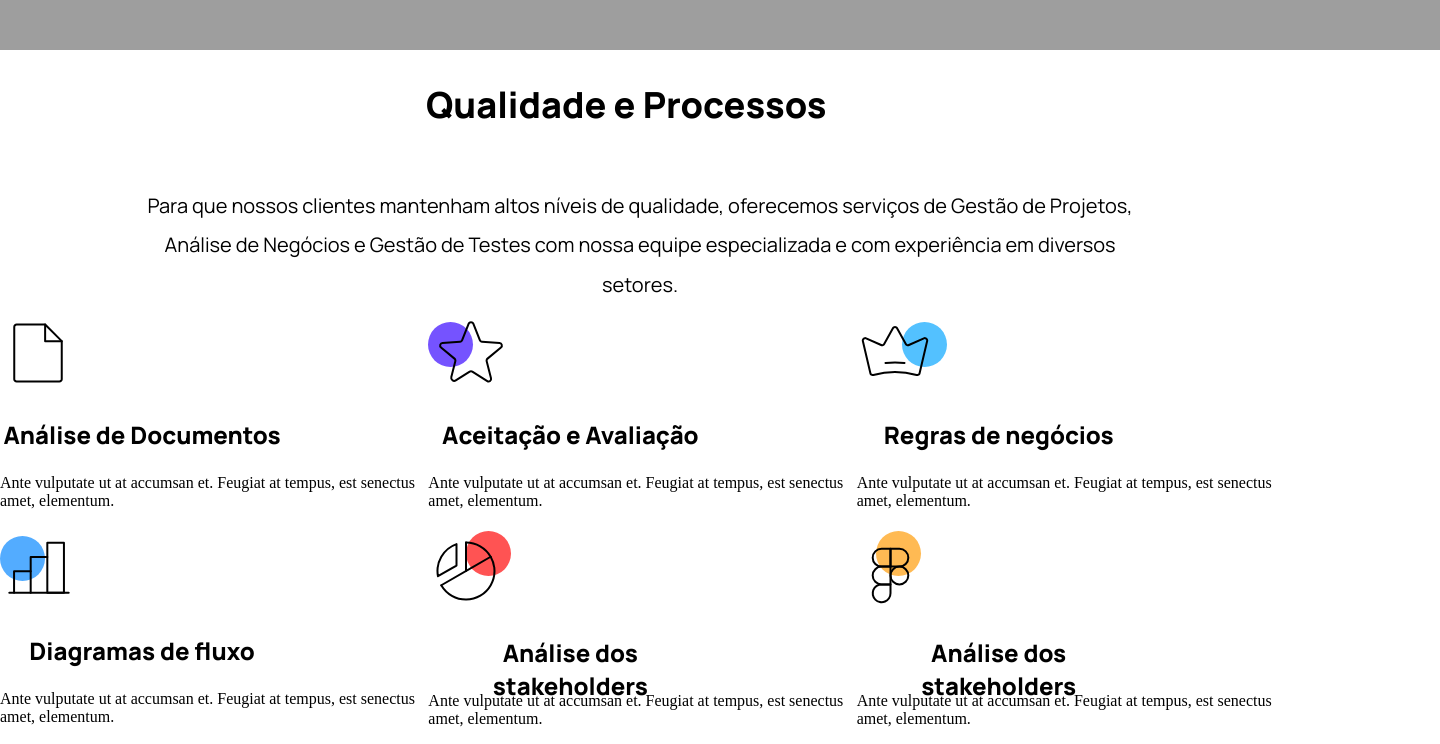
Repository: kleber-goncalves/Landing-Page-Gestao-de-projetos-dnc
Page: index.html
The author's editor kept a copy of each file at every save. The page is drawn from the files as they stood at one save, then again after a run of saves.
The browser window is 1280 px wide. The page is 1440 px wide, so the pictures cover 1440 px, including what lies to the right of the window. The pictures show the part of the page from y = 704 to 1544 px (the page is 1448 px tall before and 1544 px after).
Pictures or frames that could not be fetched are drawn as grey boxes.

Above is the page before, as saved 2025-01-04 16:35:45.

After the next 5 saves:
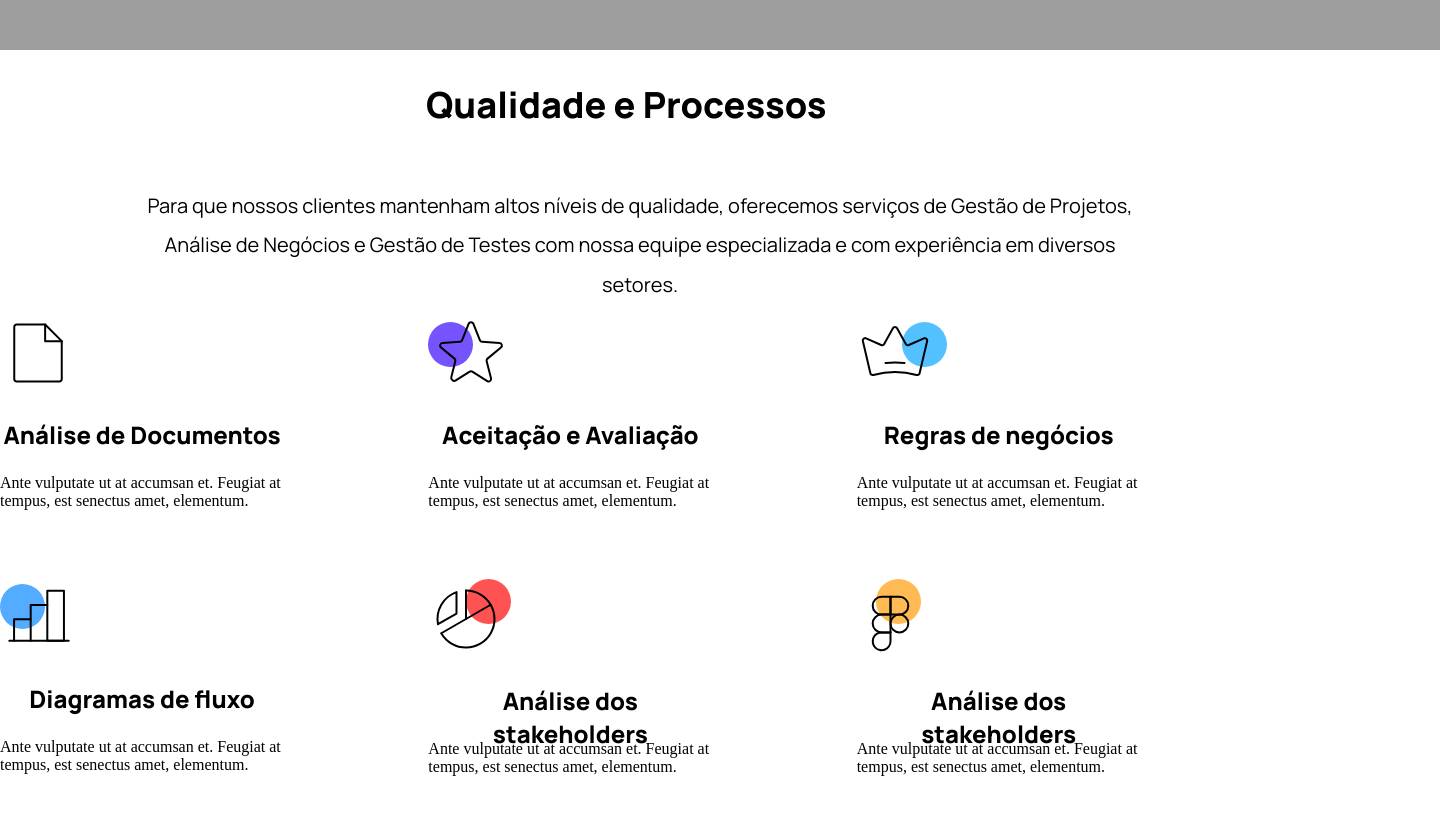
The 5 saves are shown as one change because they came seconds apart.
The last was saved 13 s later.
--- a/style.css
+++ b/style.css
@@ -97,8 +97,8 @@ body {
 }
 
 .sub-icons {
-    width: Fixed (298px)px;
-    height: Fixed (84px)px;
+    width:  298px;
+    height:  84px;
     top: 1287px;
     left: 143px;
     gap: 0px;
